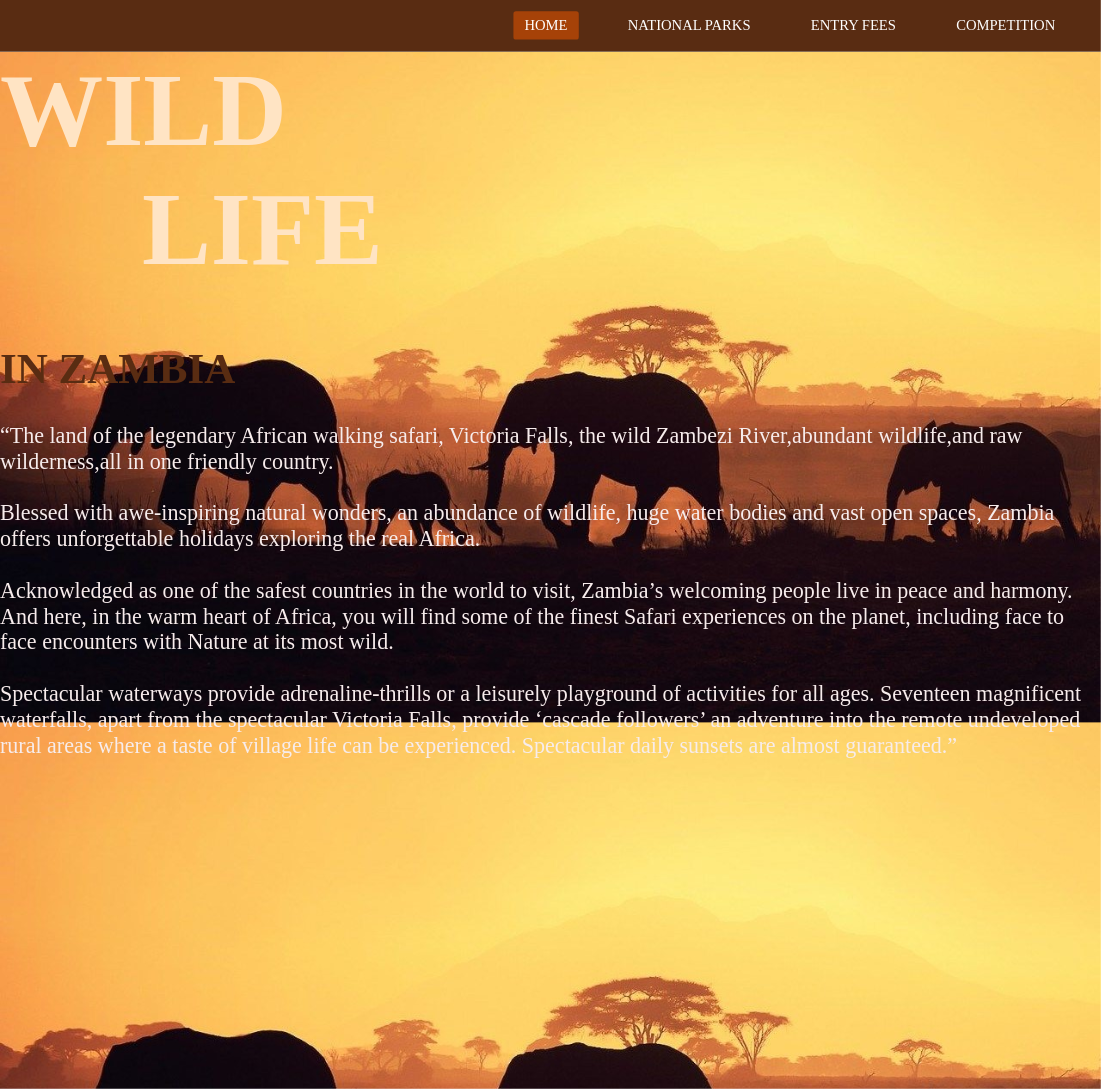
Repository: Lungdjos/web_assignment_3rd_yr
Page: home/index.html
These files come from the project's save history. The page is drawn as it stood at one moment and after a run of saves; the edit follows.
The browser window is 1280 px wide. The pictures show the whole page, at 86% of full size.
Some web libraries are served in a nearby version.

Above is the page before, as saved 2021-06-18 15:26:26.

After the next 2 saves:
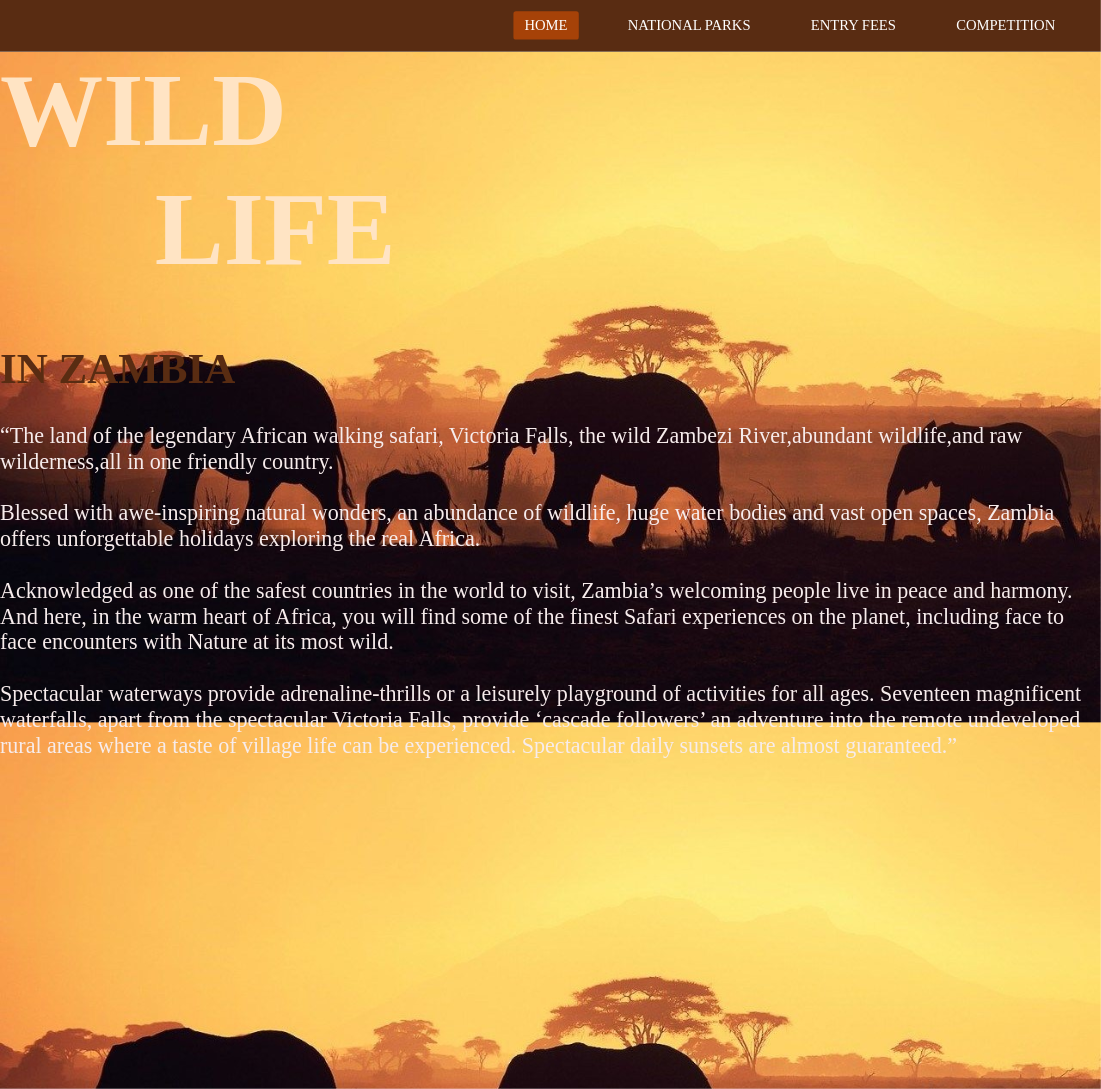
The 2 saves are shown as one change because they came seconds apart.
The last was saved 6 s later.
--- a/home/index.css
+++ b/home/index.css
@@ -159,7 +159,7 @@
     }
 
     .num2 {
-        margin-left: 165px;
+        margin-left: 180px;
     }
 
     .num3 {
